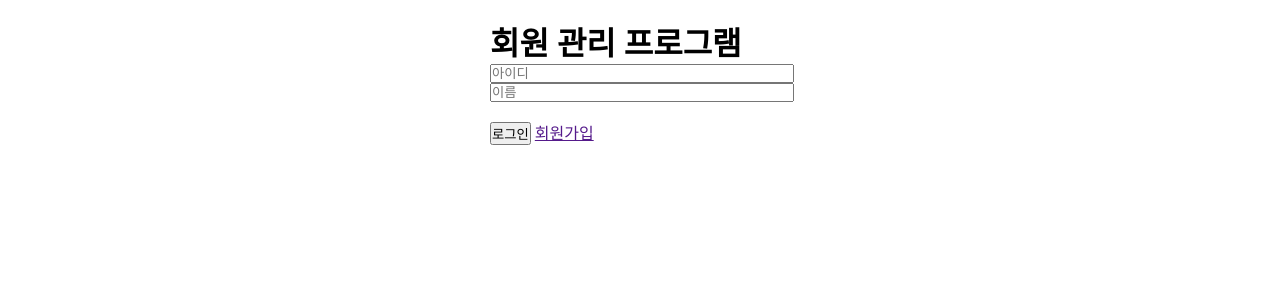
Repository: soeun1365/ServerProgram1
Page: http://localhost/ServerProgram1/login.jsp
The author's editor kept a copy of each file at every save. The page is drawn from the files as they stood at one save, then again after the next save.
The browser window is 1280 px wide. The pictures show the whole page.
The page is served by Tomcat 9.

Above is the page before, as saved 2021-06-14 06:29:22.

After the next save:
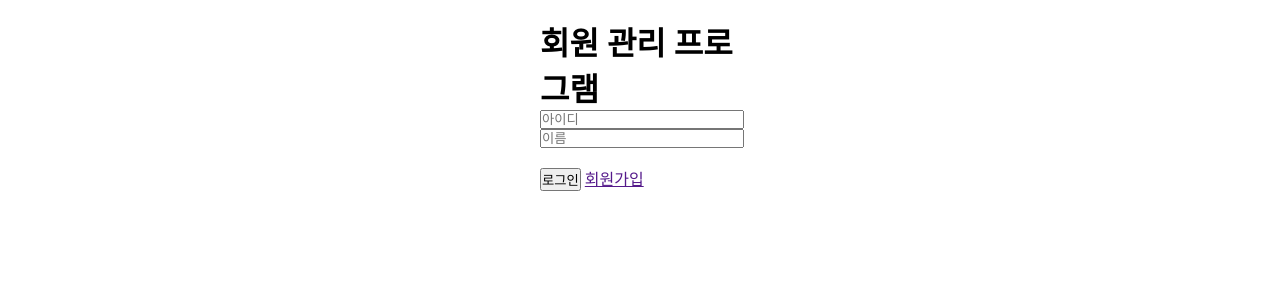
Saved 16 s later.
--- a/ServerProgram1/WebContent/login.jsp
+++ b/ServerProgram1/WebContent/login.jsp
@@ -11,7 +11,7 @@
 			margin: 0 auto;
 		}
 		form, input{
-			width: 300px;
+			width: 200px;
 		}
 	</style>
 </head>
